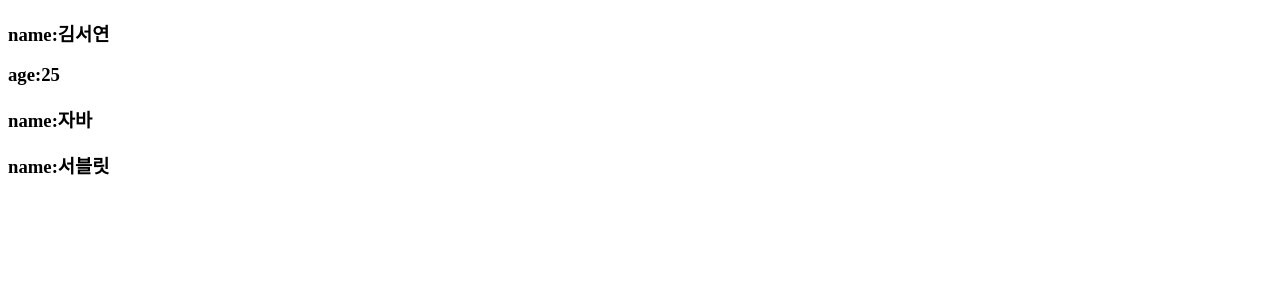
Repository: le-espiritu/Mul-cam_lecture
Page: http://localhost/erp/json/jsontest_obj.jsp
The author's editor kept a copy of each file at every save. The page is drawn from the files as they stood at one save, then again after the next save.
The browser window is 1280 px wide. The pictures show the whole page.
The page is served by Tomcat 9.

Above is the page before, as saved 2021-10-11 08:14:04.

After the next save:
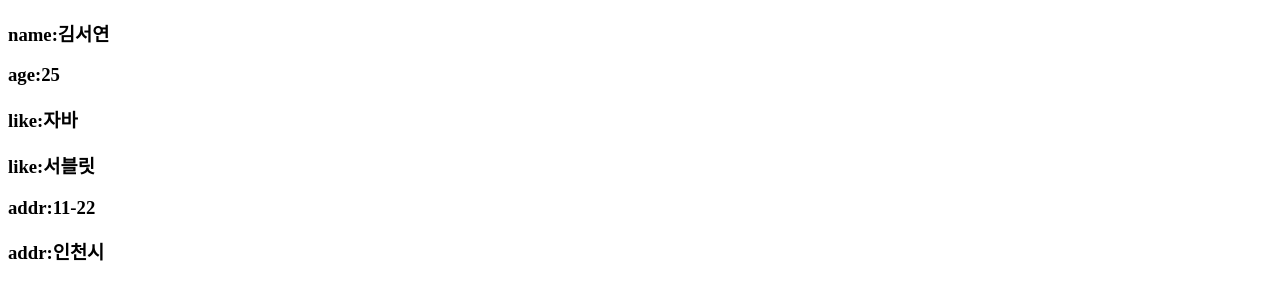
Saved 3 min 3 s later.
--- a/springwork/erp/src/main/webapp/json/jsontest_obj.jsp
+++ b/springwork/erp/src/main/webapp/json/jsontest_obj.jsp
@@ -42,9 +42,10 @@
 		//alert(person);
 		document.write("<h3>name:"+person.name+"</h3>");
 		document.write("<h3>age:"+person.age+"</h3>");
-		document.write("<h3>name:"+person.like[0]+"</h3>");
-		document.write("<h3>name:"+person.like[1]+"</h3>");
-
+		document.write("<h3>like:"+person.like[0]+"</h3>");
+		document.write("<h3>like:"+person.like[1]+"</h3>");
+		document.write("<h3>addr:"+person.addr.zipcode+"</h3>");
+		document.write("<h3>addr:"+person.addr.addr1+"</h3>");
 	</script>
 </body>
 </html>
